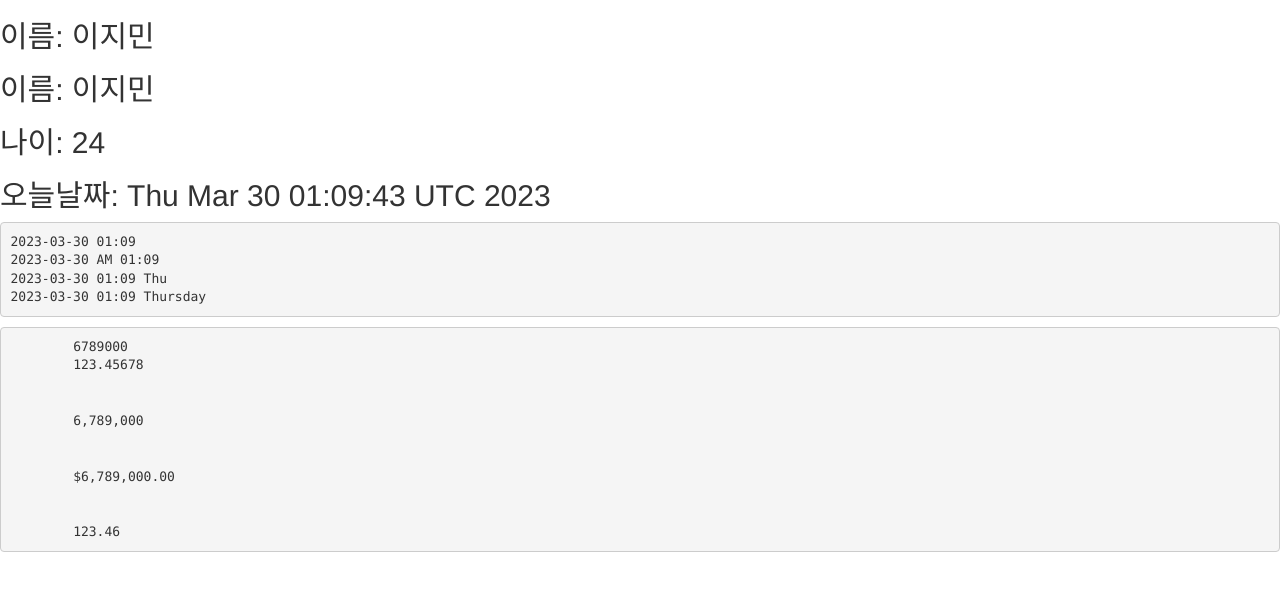
Repository: jungbee2/jungproject
Page: http://localhost/JstlProject/day0330/ex2_jstl_format.jsp
An editor plug-in stored every save of this project. The page is shown before and after a run of saves, followed by the edit.
The browser window is 1280 px wide. The pictures show the whole page.
Some web fonts or font styles are not loaded; a fallback is used. The page is served by Tomcat 9.

Above is the page before, as saved 2023-03-30 01:36:21.

After the next 2 saves:
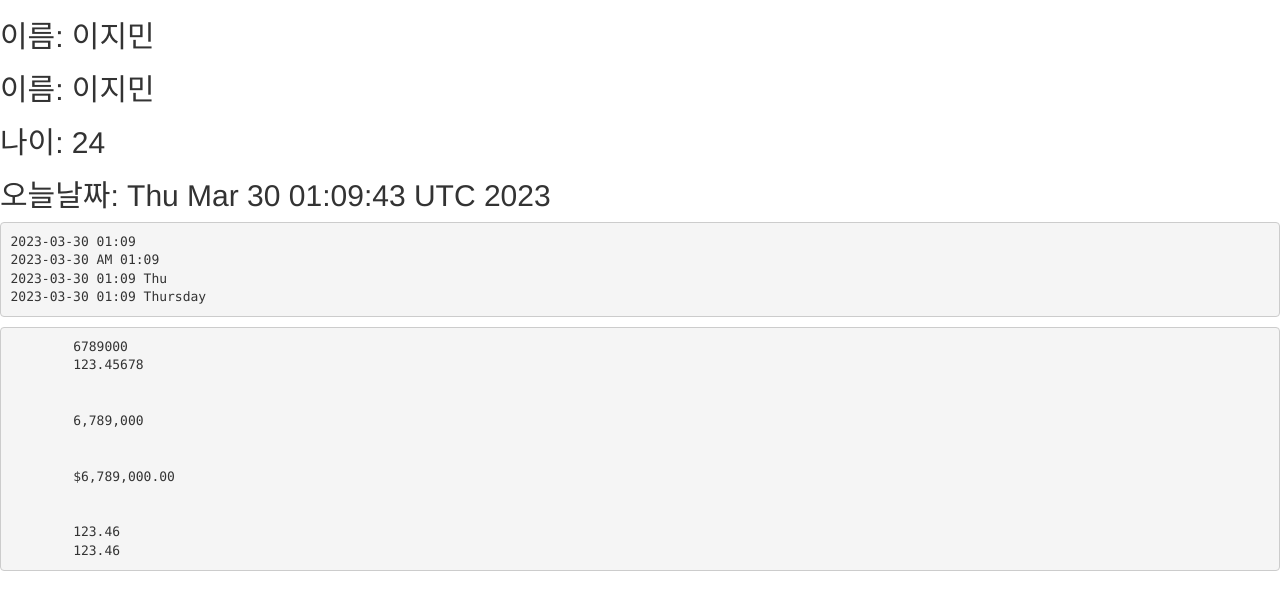
The 2 saves are shown as one change because they came seconds apart.
The last was saved 12 s later.
--- a/JstlProject/src/main/webapp/day0330/ex2_jstl_format.jsp
+++ b/JstlProject/src/main/webapp/day0330/ex2_jstl_format.jsp
@@ -55,6 +55,7 @@
 
 	<!-- pattern-->
 	<fmt:formatNumber value="${num1 }" pattern="0.00"/>
+	<fmt:formatNumber value="${num1 }" pattern="0.##"/>
 </pre>
 </body>
 </html>
